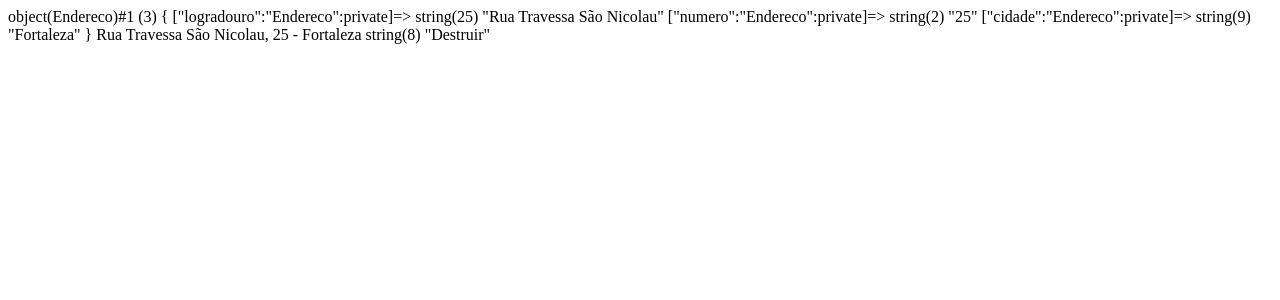
Repository: JeffersonDomingos/estudoPHP
Page: http://localhost/Endereco.php
An editor plug-in stored every save of this project. The page is shown before and after the next save, followed by the edit.
The browser window is 1280 px wide. The pictures show the whole page.
The page is run by PHP 8.4 with error messages shown; the project is at /var/www/html/.

Above is the page before, as saved 2024-02-21 20:51:26.

After the next save:
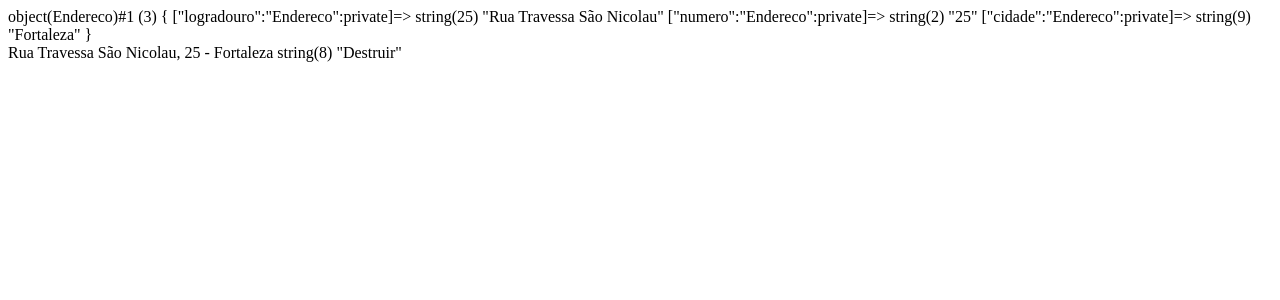
Saved 7 s later.
--- a/listaExercicio/POO/Endereco.php
+++ b/listaExercicio/POO/Endereco.php
@@ -33,7 +33,7 @@ $meuEndereco = new Endereco("Rua Travessa São Nicolau", "25", "Fortaleza");
 
 var_dump($meuEndereco);
 
-"<br>";
+echo "<br>";
 
 // unset($meuEndereco);
 
